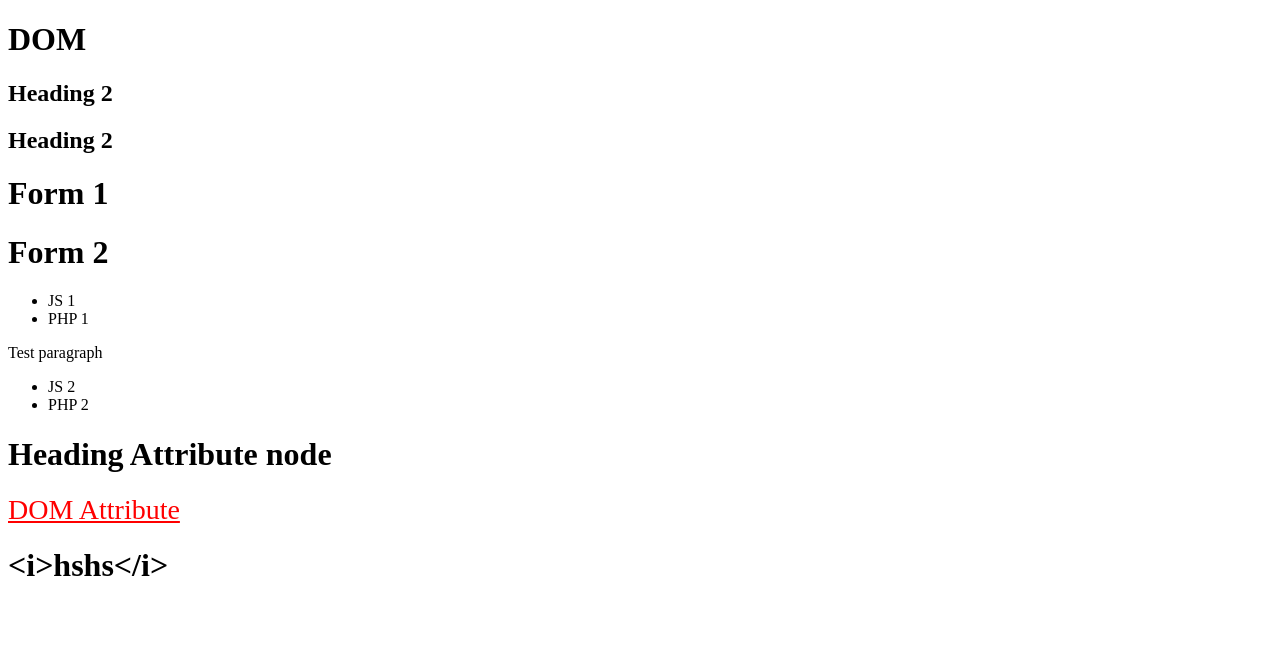
Repository: tannv3201/learn_JS_F8
Page: DOM/index.html
These files come from the project's save history. The page is drawn as it stood at one moment and after the next save; the edit follows.
The browser window is 1280 px wide. The pictures show the whole page.

Above is the page before, as saved 2022-08-06 23:07:22.

### DOM/index.html
<!DOCTYPE html>
<html lang="en">

<head>
  <meta charset="UTF-8" />
  <meta http-equiv="X-UA-Compatible" content="IE=edge" />
  <meta name="viewport" content="width=device-width, initial-scale=1.0" />
  <title>DOM</title>
</head>

<body>
  <h1 id="heading">DOM</h1>
  <h2 class="sub-heading"></h2>
  <h2 class="sub-heading"></h2>
  <h2 class="sub-heading"></h2>
  <p></p>
  <p></p>
  <div class="box">
    <h2 class="heading-2">Heading 2</h2>
    <h2 class="heading-2">Heading 2</h2>
  </div>

  <form action="" id="form1">
    <h1>Form 1</h1>
  </form>
  <form action="" id="form2">
    <h1>Form 2</h1>
  </form>

  <a href="" name="youtube"></a>

  <div class="box-1">
    <ul>
      <li>JS 1</li>
      <li>PHP 1</li>
    </ul>
    <p>Test paragraph</p>
  </div>
  <div class="box-2">
    <ul>
      <li>JS 2</li>
      <li>PHP 2</li>
    </ul>
  </div>

  <div class="box-attr">
    <h1 id="heading-attr" class="heading-attr" title="Heading">
      Heading Attribute node
    </h1>
  </div>

  <a id="dom-attr">
    DOM Attribute
  </a>

  <h1 class="heading-innertext">
    Heading Text
    <style>
      .boxx {
        width: 100px;
        height: 100px;
      }
    </style>
  </h1>

  <script src="./main.js"></script>
</body>

</html>

### DOM/main.js
/**
 * DOM:
  Là quy chuẩn mô tả mô hình của các thành phần trong tài liệu HTML được đưa ra bởi W3C.
 - DOM (Document Object Model) có 3 thành phần:
    1. Element
    2. Attribute
    3. Text
 */

/**
 * DOM API
 Là bộ API nằm trong Web API có mặt trên những môi trường hỗ trợ duyệt web - như trên trình duyệt. DOM API cung cấp các đối tượng và phương thức hỗ trợ truy xuất, chỉnh sửa các đối tượng / thành phần trong DOM.
 */

/**
 * JS cung cấp phương tiện truy xuất HTML DOM
 * JS: Brower | Server (NodeJS)
 * Brower: HTML -> DOM -> DOM API
 * API: Application Programming Interface
 */

/**
 * Document object
 */

// Get element methods
// ID
// var headingNode = document.getElementById('heading')
// console.log(headingNode)

// query selector
var headingNode = document.querySelector('.box .heading-2:nth-child(2)')
console.log('querySelector', headingNode)

var headingNodes = document.querySelectorAll('.heading-2')
console.log('querySelectorAll', headingNodes)
console.log('querySelectorAll[]',headingNodes[0])

// Collection (a, form, images, ...)
console.log('document.forms[\'form1\']',document.forms['form1'])
console.log('document.forms',document.forms)
console.log('document.forms.form2', document.forms.form2)
console.log('document.anchors',document.anchors) // trả về các thẻ a có attribute name=""


// class: lấy ra số nhiều (mảng)
var subHeadingNodes = document.getElementsByClassName('sub-heading')
console.log('getElementsByClassName', subHeadingNodes)

// tag : tương tự như class
var tagName = document.getElementsByTagName('p')
console.log(tagName)


// Ví dụ
var boxNode =
    document.querySelector('.box-1');
// Công việc 1: sử dụng `boxNode`
console.log(boxNode)

// Công việc 2: sử dụng tới các li element là con của `.box-1`
console.log(boxNode.querySelectorAll('li'))
console.log(boxNode.querySelector('p'))

// 1. getElementById: trả về trực tiếp Element
// 2. getElementsByClassName: trả về HTMLCollection (mảng), muốn get Element phải dùng index []
console.log('querySelectorAll[]',headingNodes[0])
// 3. getElementsByTagName: trả về HTMLCollection (mảng)
// 4. querySelector: trả về trực tiếp Element
// 5. querySelectorAll: trả về NodeList
// 6. HTML Collection (form, a, images, ...)
console.log('document.forms',document.forms)
console.log('document.forms[\'form1\']',document.forms['form1'])
console.log('document.forms[O]',document.forms[0])
console.log('document.forms.form2', document.forms.form2)

// 7. document.write: in ra ngay sau khi được thực thi

//*******************************************************************

// Attribute node & Text node
// Được lấy ra từ node Element

// ******************************************************************
// DOM attributes

// seter: set giá trị bằng toán tử gán
var domAttr = document.querySelector('#dom-attr')
domAttr.title = 'heading' //chỉ xuất hiện khi js được thực thi
domAttr.className = 'className'
domAttr.href = '#'
console.log(domAttr)

// Set attribute không hợp lệ cho một Element nào đó (set tùy biến)
// setAttribute(tên attr, giá trị của attr)
domAttr.setAttribute('alt', '#')

// get value của attribute
// Được thêm HTML hay JS element tồn tại trong DOM -> đều có thể get được
//
console.log(domAttr.getAttribute('id'))
console.log(domAttr.getAttribute('title'))
console.log(domAttr.title) // chỉ dùng khi attribute hợp lệ
domAttr.setAttribute('style','font-size:28px; color:red;')


// *****************************************************************
// InnerText vs textContent Property

// innerText: là thuộc tính của ElementNode (phải đi qua Node này)
// innerText: chỉ hiểu là đoạn text
// Chỉ lấy ra những gì hiển thị trên trình duyệt
var headingElement = document.querySelector('.heading-innertext')
console.log('inner Text: ',headingElement.innerText)
// headingElement.innerText = 'New Heading'

// textContent
// Bỏ qua các tag nhưng vẫn Lấy ra khoảng cách thực sự của Element, kể cả là css
console.log('text Content: ',headingElement.textContent)
 headingElement.textContent = `
 <i>hshs</i>`
console.log('inner Text: ',headingElement.innerText)

After the next save:
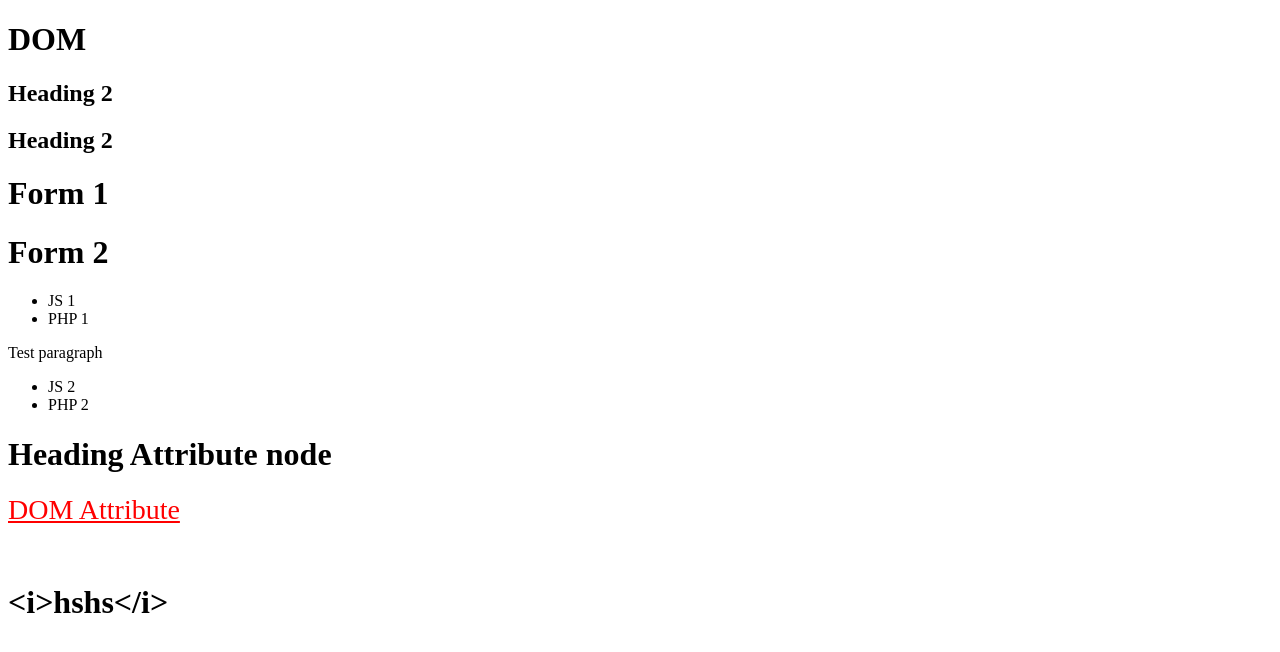
Saved 11 s later.
--- a/DOM/main.js
+++ b/DOM/main.js
@@ -117,6 +117,6 @@ console.log('inner Text: ',headingElement.innerText)
 // textContent
 // Bỏ qua các tag nhưng vẫn Lấy ra khoảng cách thực sự của Element, kể cả là css
 console.log('text Content: ',headingElement.textContent)
- headingElement.textContent = `
+ headingElement.innerText = `
  <i>hshs</i>`
 console.log('inner Text: ',headingElement.innerText)
